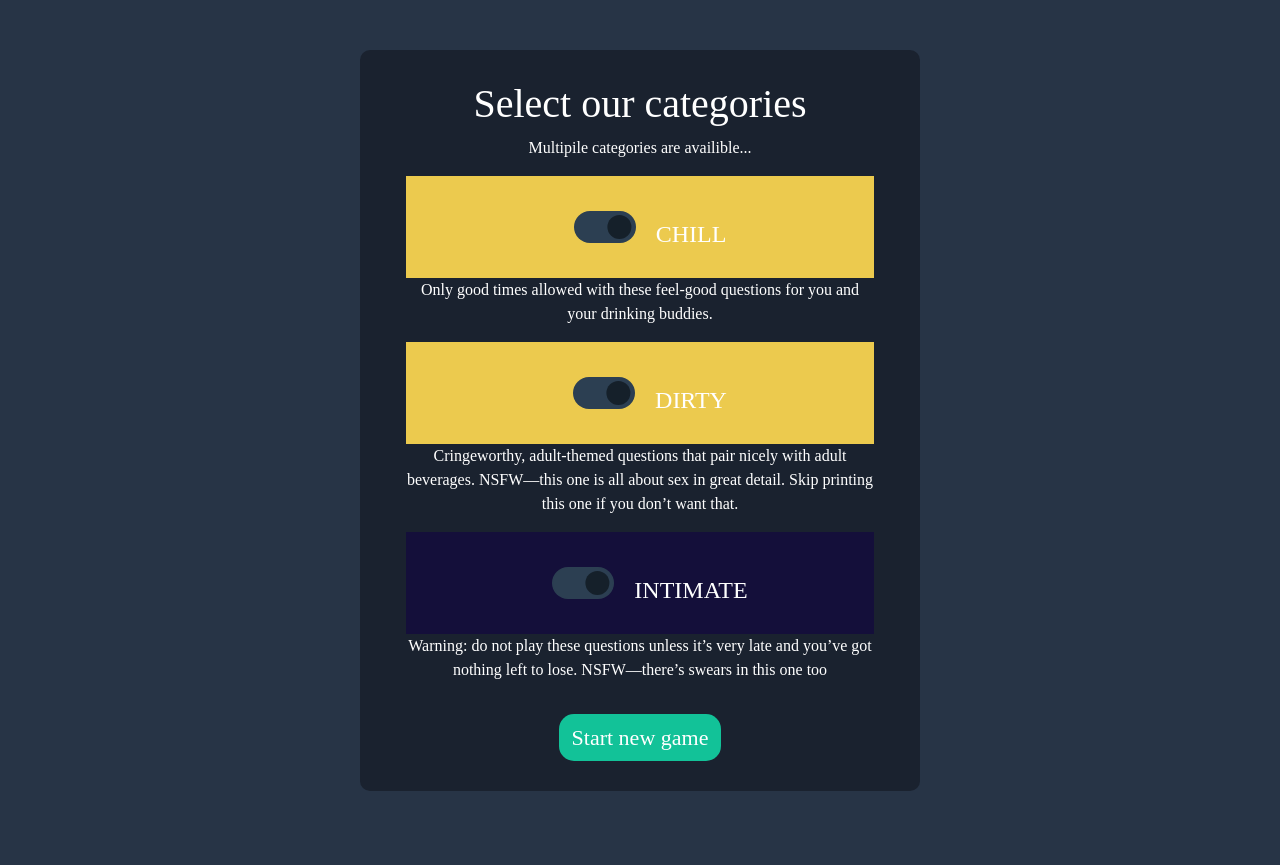
Repository: RafaelAshurov/TruthOrDrink
Page: /chose-your-categories
The author's editor kept a copy of each file at every save. The page is drawn from the files as they stood at one save, then again after the next save.
The browser window is 1280 px wide. The pictures show the whole page.
Some web fonts or font styles are not loaded; a fallback is used. The project was rebuilt for these pictures with package versions that can differ from the ones it lists, and the page was loaded fresh each time. Also part of the build but not shown: src/views/StartGame.vue, src/views/QuestionsPage.vue.

Above is the page before, as saved 2020-10-10 21:17:49.

After the next save:
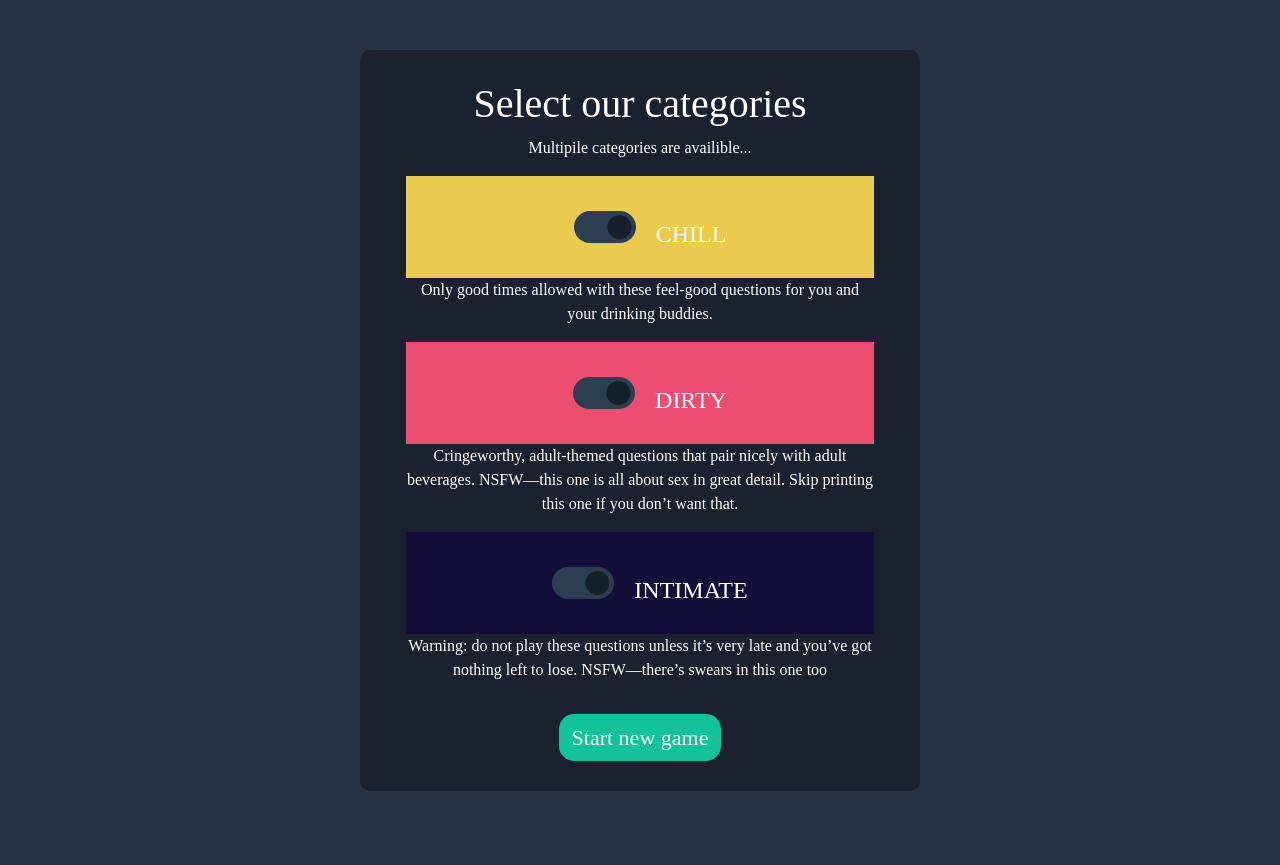
Saved 10 s later.
--- a/src/views/CategorySelect.vue
+++ b/src/views/CategorySelect.vue
@@ -82,7 +82,7 @@
                         categoryObj = {
                             id: 2,
                             name: categoryName,
-                            color: "#ecca4e",
+                            color: "#ec4e70",
                             description:
                                 "Cringeworthy, adult-themed questions that pair nicely with adult beverages. NSFW—this one is all about sex in great detail. Skip printing this one if you don’t want that."
                         };
